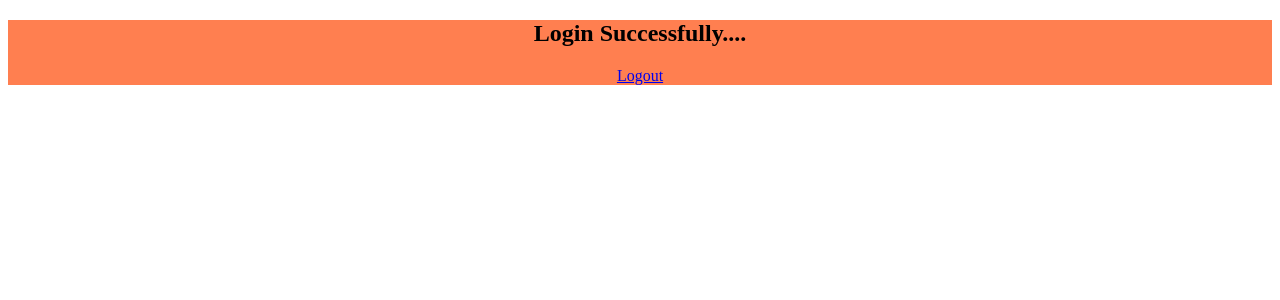
Repository: ashwinipatil321/ServletPrograms
Page: http://localhost/loginAndRegisterServlet/Home.jsp
An editor plug-in stored every save of this project. The page is shown before and after the next save, followed by the edit.
The browser window is 1280 px wide. The pictures show the whole page.
The page is served by Tomcat 9.

Above is the page before, as saved 2017-11-06 11:54:57.

After the next save:
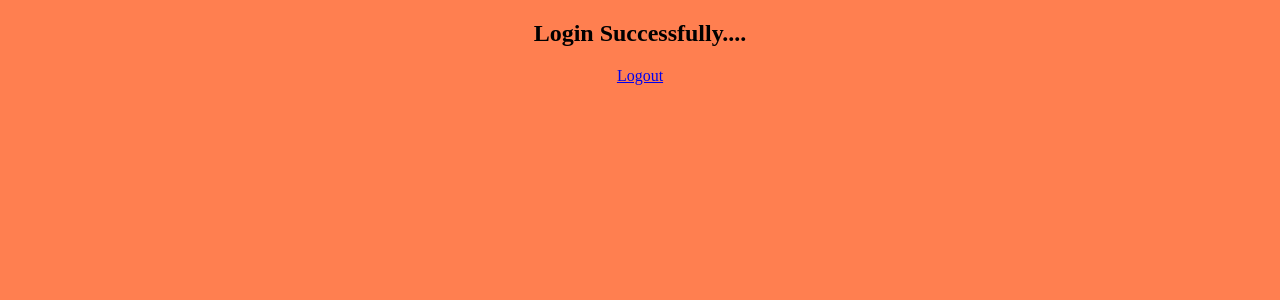
Saved 12 s later.
--- a/loginAndRegisterServlet/WebContent/Home.jsp
+++ b/loginAndRegisterServlet/WebContent/Home.jsp
@@ -7,7 +7,7 @@
 <title>Insert title here</title>
 </head>
 <style>
- center {background-color: #ff7f50;}
+ body {background-color: #ff7f50;}
 </style>
 <div>
 
